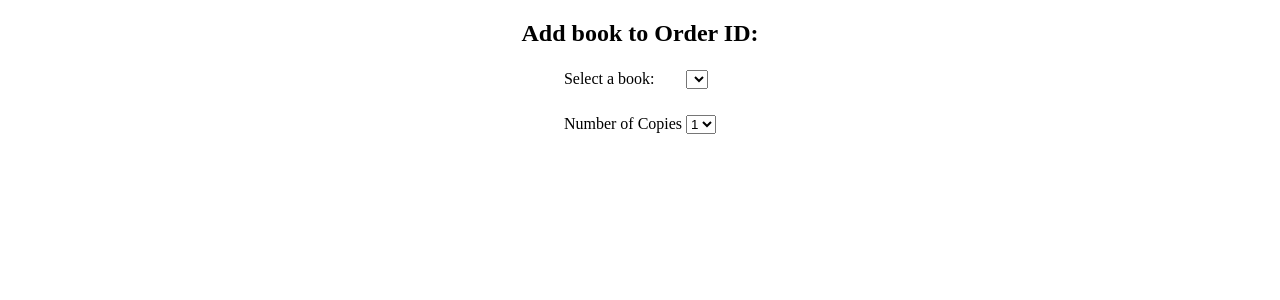
Repository: WaskeM/BookStore-WebSite
Page: http://localhost/BookStoreWebsite/admin/add_book_form.jsp
These files come from the project's save history. The page is drawn as it stood at one moment and after the next save; the edit follows.
The browser window is 1280 px wide. The pictures show the whole page.
The page is served by Tomcat 9. Nobody is signed in. The application's start-up code is not run. Other server files are loaded and not shown. The template is opened directly, without the code that normally fills it, so the values that code supplies are empty.

Above is the page before, as saved 2020-08-04 11:42:34.

### BookStoreWebsite/WebContent/admin/add_book_form.jsp
<%@ page language="java" contentType="text/html; charset=ISO-8859-1"
    pageEncoding="ISO-8859-1"%>
<%@ taglib prefix="c" uri="http://java.sun.com/jsp/jstl/core" %>

<!DOCTYPE html>
<html>
<head>
<meta charset="ISO-8859-1">
<title>Add Book To Order</title>
</head>
<body>
	<div align="center">
		<h2>Add book to Order ID: ${order.orderId}</h2>
		<form action="add_book_to_order" method="post">
		<table>
			<tr>
				<td>Select a book: </td>
				<td>
					<select name="bookId">
						<c:forEach items="${listBook}" var="book" varStatus="status">
							<option value="${book.bookId}">${book.title} - ${book.author}</option>
						</c:forEach>
					</select>
				</td>
			</tr>
			<tr><td>&nbsp;</td></tr>
			<tr>
				<td>Number of Copies</td>
				<td>
					<select name="quantity">
						<option value="1"> 1 </option>
						<option value="2"> 2 </option>
						<option value="3"> 3 </option>
						<option value="4"> 4 </option>
						<option value="5"> 5 </option>
					</select>
				</td>
			</tr>
			<tr><td>&nbsp;</td></tr>
			<tr>
				<td>
				</td>
			</tr>
		</table>

		</form>
	</div>

</body>
</html>

After the next save:
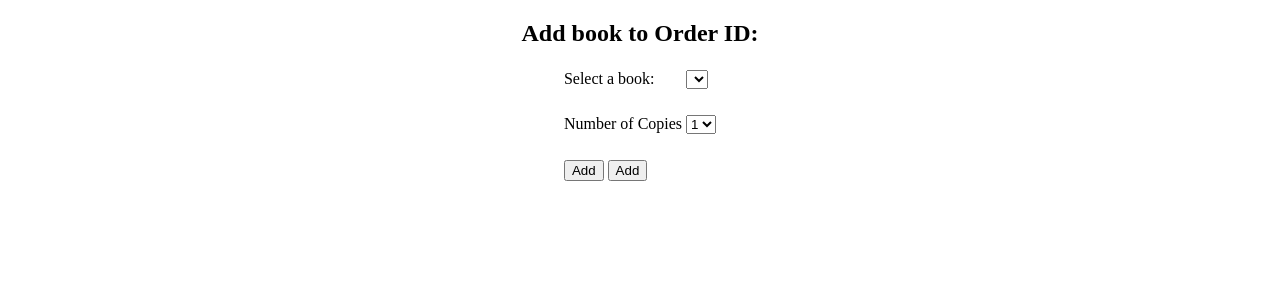
Saved 55 s later.
--- a/BookStoreWebsite/WebContent/admin/add_book_form.jsp
+++ b/BookStoreWebsite/WebContent/admin/add_book_form.jsp
@@ -38,7 +38,9 @@
 			</tr>
 			<tr><td>&nbsp;</td></tr>
 			<tr>
-				<td>
+				<td colspan="2">
+					<input type="submit" value="Add" />
+					<input type="submit" value="Add" />
 				</td>
 			</tr>
 		</table>
